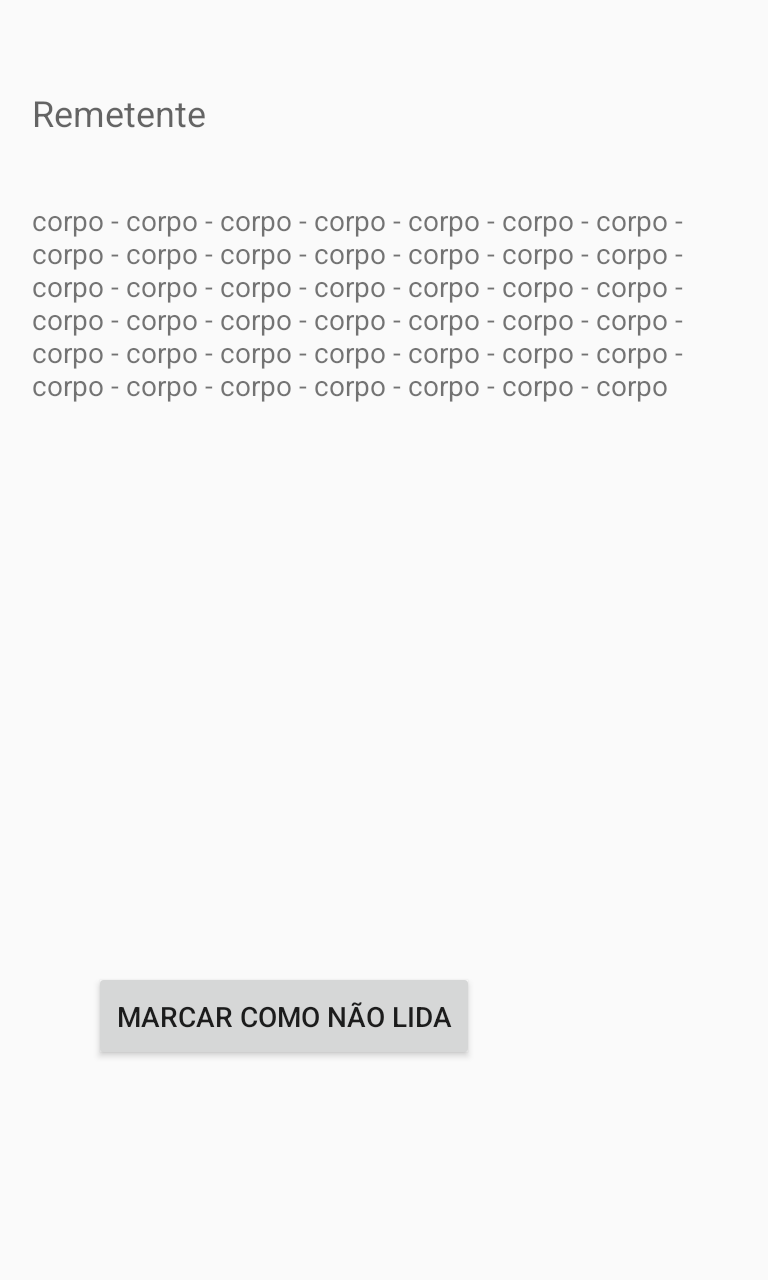
Repository: italogmm/gitMobile
Layout: notificacoesUfg/res/layout/fragment_consulta_notificacao.xml
An editor plug-in stored every save of this project. The layout is shown before and after the next save, followed by the edit.
It is drawn on a 768 x 1280 px phone screen (xhdpi) without system bars, with theme AppTheme; the app's code is not run.

Above is the layout before, as saved 2014-06-20 22:14:42.

After the next save:
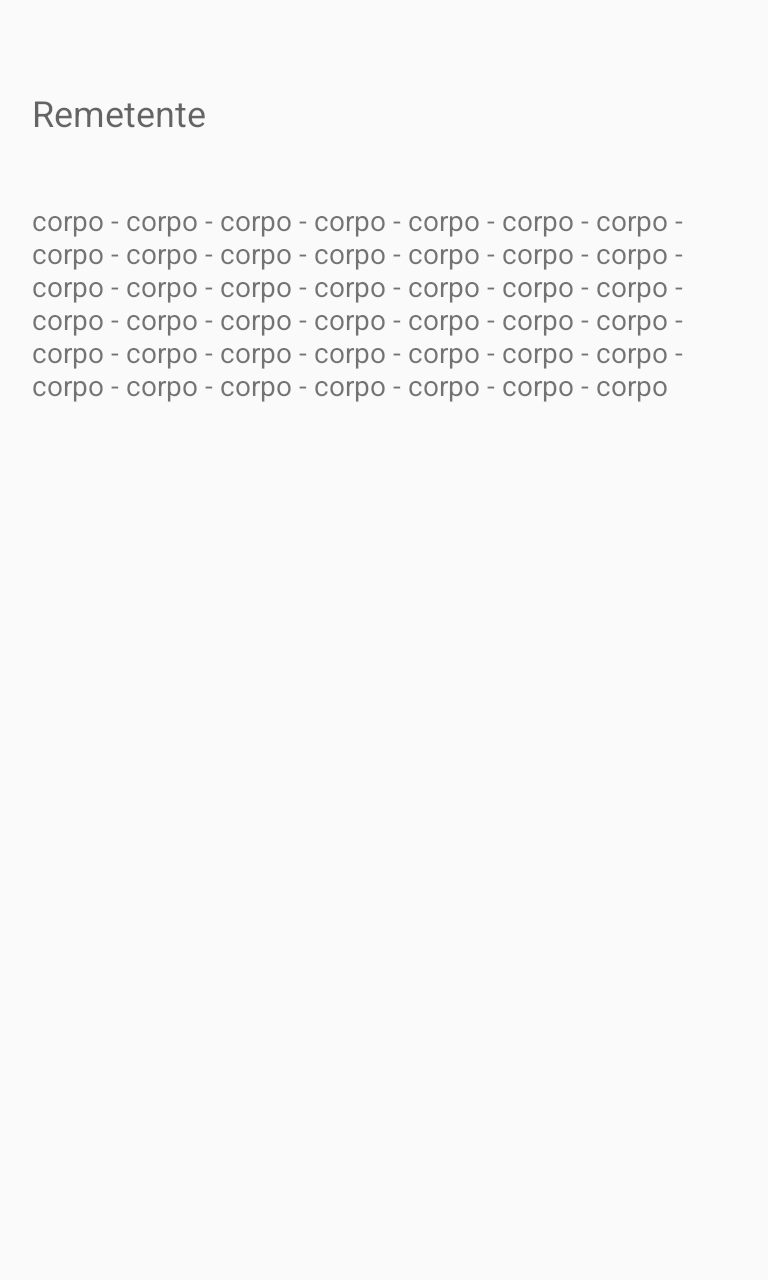
Saved 26 h 56 min later.
--- a/notificacoesUfg/res/layout/fragment_consulta_notificacao.xml
+++ b/notificacoesUfg/res/layout/fragment_consulta_notificacao.xml
@@ -25,16 +25,8 @@
         android:layout_below="@+id/remetente"
         android:layout_centerHorizontal="true"
         android:layout_marginTop="32dp"
+        android:autoLink="web"
+        android:linksClickable="true"
         android:text="corpo - corpo - corpo - corpo - corpo - corpo - corpo - corpo - corpo - corpo - corpo - corpo - corpo - corpo - corpo - corpo - corpo - corpo - corpo - corpo - corpo - corpo - corpo - corpo - corpo - corpo - corpo - corpo - corpo - corpo - corpo - corpo - corpo - corpo - corpo - corpo - corpo - corpo - corpo - corpo - corpo - corpo" />
 
-    <Button
-        android:id="@+id/marcarComoNaoLidaBtn"
-        android:layout_width="wrap_content"
-        android:layout_height="wrap_content"
-        android:layout_alignLeft="@+id/corpo"
-        android:layout_alignParentBottom="true"
-        android:layout_marginBottom="92dp"
-        android:layout_marginLeft="30dp"
-        android:text="Marcar como não lida" />
-
 </RelativeLayout>
